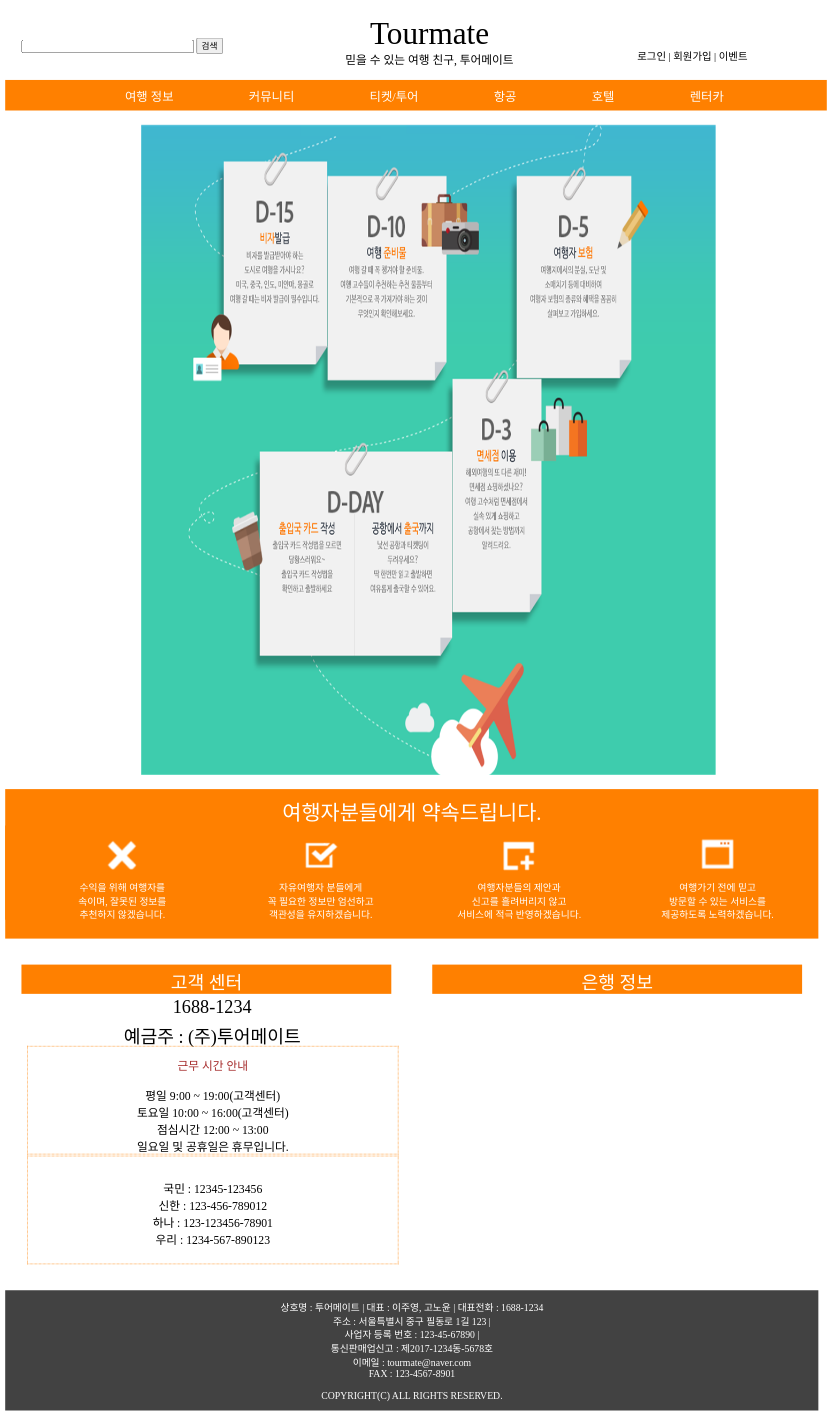
Repository: nohyoonko/2017-2-WP-Tourmate
Page: http://localhost/Tourmate/여행_준비.jsp
These files come from the project's save history. The page is drawn as it stood at one moment and after the next save; the edit follows.
The browser window is 1280 px wide. The pictures show the whole page, at 65% of full size.
Some web libraries are served in a nearby version. The page is served by Tomcat 9. Other server files are loaded and not shown.

Above is the page before, as saved 2017-12-06 05:38:40.

### eclipse-workspace/Tourmate/WebContent/여행_준비.jsp
<%@ page contentType="text/html; charset=UTF-8" pageEncoding="UTF-8"%>
<!DOCTYPE html>
<html lang="ko">
	<head>
		<meta http-equiv="Content-Type" content="text/html; charset=UTF-8" />
		<title>투어메이트</title>
		<script src="http://code.jquery.com/jquery-1.10.1.js"></script>
		<style>
		#box {
			width:70%;
			height:1000px;
			margin-left:3%;
		}
		</style>
	</head>
	<body>
		<!-- 제목+메뉴바를 포함한 Header.jsp 파일을 include -->
 		<jsp:include page="Header.jsp" flush="false"/>
		<br><br>
			<center>
			<img id="box" src="1_ready/여행_준비.png">
			</center>
		<br>
		<!-- 회사 정보와 약속을 포함한 Footer.jsp 파일을 include -->
		<jsp:include page="Footer.jsp" flush="false"/>
	</body>
</html>

### eclipse-workspace/Tourmate/WebContent/Header.jsp
<%@ page language="java" contentType="text/html; charset=UTF-8"
    pageEncoding="UTF-8"%>
<!DOCTYPE html PUBLIC "-//W3C//DTD HTML 4.01 Transitional//EN" "http://www.w3.org/TR/html4/loose.dtd">
<html>
<head>
	<meta http-equiv="Content-Type" content="text/html; charset=UTF-8">
	<title>투어메이트</title>
    <style>
        div { font-family: "함초롬돋움"; }

        div.header1 {
            width: 30%;
            float: left;
            margin-left: 25px;
            margin-top: 50px;
        }

        div.header2 {
            width: 33%;
            height: 60px;
            float: left;
            margin-left: 40px;
            margin-top: 15px;
            color: black;
        }

      	div.header2 > a {
        	color:black; text-decoration:none;
      	}

        div.header3 {
            width: 31%;
            height: 50px;
            float: left;
            margin-right: 10px;
            margin-top: 65px;
        }

        .menubar {
 			background: #FF8000;
 			display: inline-block;
  			width: 100%;
		}
		.main { margin: 0; padding: 0; font-size: 19px; }
		.main li {
			padding:0% 3% 0% 3%;
  			float: left;
  			list-style:none;
  			position: relative;
		}
		.main li:first-child { margin-left: 10%; }
		.main li:hover { background: #984807; }
		.main a {
  			color: white;
  			display: block;
  			padding: 10px 20px;
  			text-decoration: none;
		}
		.main ul {
  			background: white;
  			display: none;
  			padding: 0;
  			position: absolute;
  			left: 0;
  			top: 100%;
  			z-index: 2;
  			width: 210px;
		}
		.main ul li { float: none; margin-left: 10%; }
		.main ul a { color: #984807; }
		.main ul li:hover { background: white; }
		.main ul li:hover>a { color: #FF8000; }
	</style>
</head>
<body>
    <div class="header1">
        <input type="text" size=30>
        <input type="submit" value="검색">
    </div>
    <a href="투어메이트.html">
    <div class="header2">
        <center>
            <font face="HYHeadLine" size="7">Tourmate</font><br>
            <font face="함초롬돋움" size="4">믿을 수 있는 여행 친구, 투어메이트</font>
        </center>
    </div>
    </a>
    <div class="header3">
        <center>
            <font size="3">로그인 | 회원가입 | 이벤트</font>
        </center>
    </div>

    <!--상단 메뉴바와 하위 메뉴-->
    <script src="//code.jquery.com/jquery.min.js"></script>
	<script>
	$(function(){
  		$(".main li").hover(function(){
    		$('ul:first',this).show();
  		}, function(){
    		$('ul:first',this).hide();
  		});
	});
	</script>

        <div class="menubar">
        <ul class="main">
            <li>
                 <a href="#">여행 정보</a>
                 <ul>
                  <li><a href="인기_여행_도시.jsp">인기 여행 도시</a></li>
                  <li><a href="여행_준비.jsp">여행 준비</a></li>
               </ul>
            </li>

            <li>
                <a href="#">커뮤니티</a>
                <ul>
                    <li><a href="여행_후기.jsp">여행 후기</a></li>
                </ul>
            </li>

            <li>
                <a href="#">티켓/투어</a>
                <ul>
                    <li><a href="티켓투어_한국.jsp">한국</a></li>
                    <li><a href="티켓투어_홍콩.jsp">홍콩</a></li>
                    <li><a href="티켓투어_일본.jsp">일본</a></li>
                    <li><a href="티켓투어_싱가포르.jsp">싱가포르</a></li>
                    <li><a href="티켓투어_대만.jsp">대만</a></li>
                </ul>
            </li>

            <li><a href="항공.jsp">항공</a></li>
            <li><a href="호텔.jsp">호텔</a></li>
            <li><a href="렌터카.jsp">렌터카</a></li>
        </ul>
    </div>
</body>
</html>

### eclipse-workspace/Tourmate/WebContent/Footer.jsp
<%@ page language="java" contentType="text/html; charset=UTF-8"
    pageEncoding="UTF-8"%>
<!DOCTYPE html PUBLIC "-//W3C//DTD HTML 4.01 Transitional//EN" "http://www.w3.org/TR/html4/loose.dtd">
<html>
<head>
	<meta http-equiv="Content-Type" content="text/html; charset=UTF-8">
	<title>투어메이트</title>
    <style>
        div { font-family: "함초롬돋움"; }

       div.footer{
         width:99%;
         height:220px;
         float:left;
         background-color:#FF8000;
         color:white;
         text-align:center;
         padding-top:10px;
      }
      div.promise{
         width:20%;
         float:left;
         height:140px;
         background-color:#FF8000;
         color:white;
         font-size:15px;
         text-align:center;
         padding-top:5px;
         padding-left:55px;
      }
      div.footer2{
         width:45%;
         height:40px;
         float:left;
         font-size:28px;
         background-color:#FF8000;
         color:white;
         text-align:center;
         padding-top:5px;
         margin-left:2%;
         margin-right:3%;
         margin-top:40px;
      }
      div.footer3{
         width:45%;
         height:35px;
         float:left;
         font-size:28px;
         text-align:center;
         padding-top:4px;
         margin-left:34px;
         margin-right:34px;
      }
      div.footer4{
         width:45%;
         height:150px;
         float:left;
         font-size:18px;
         text-align:center;
         padding-top:15px;
         margin-top:2px;
         margin-left:34px;
         margin-right:34px;
         border-width: 1px;
         border-style : dotted;
         border-color : #FF8000;
      }
      div.footer5{
         width:99%;
         height:170px;
         font-size:15px;
         background-color:#424242;
         color:white;
         float:left;
         text-align:center;
         padding-top:15px;
         margin-top:40px;
      }
       #fo {width:60px; height:60px; padding:10px 70px 5px 70px;}
	</style>
</head>
<body>
       <div class="footer">
         <font size="6">여행자분들에게 약속드립니다.</font><br>
         <div class="promise">
            <img id="fo" src="main/footer 그림1.png"><br>
            수익을 위해 여행자를<br>
            속이며, 잘못된 정보를<br>
            추천하지 않겠습니다.
         </div>
         <div class="promise">
            <img id="fo" src="main/footer 그림2.png"><br>
            자유여행자 분들에게<br>
            꼭 필요한 정보만 엄선하고<br>
            객관성을 유지하겠습니다.
         </div>
         <div class="promise">
            <img id="fo" src="main/footer 그림3.png"><br>
            여행자분들의 제안과<br>
            신고를 흘려버리지 않고<br>
            서비스에 적극 반영하겠습니다.
         </div>
         <div class="promise">
            <img id="fo" src="main/footer 그림4.png"><br>
            여행가기 전에 믿고<br>
            방문할 수 있는 서비스를<br>
            제공하도록 노력하겠습니다.
         </div>
      </div>
      <br>
      <div class="footer2">고객 센터</div>
      <div class="footer2">은행 정보</div>
      <br>
      <div class="footer3">1688-1234</div>
      <div class="footer3">예금주 : (주)투어메이트</div>
      <br>
      <div class="footer4">
         <font color="brown" size="4">근무 시간 안내</font><br><br>
         평일 9:00 ~ 19:00(고객센터)<br>
         토요일 10:00 ~ 16:00(고객센터)<br>
         점심시간 12:00 ~ 13:00<br>
         일요일 및 공휴일은 휴무입니다.<br>
      </div>
      <div class="footer4"><br>
         국민 : 12345-123456<br>
         신한 : 123-456-789012<br>
         하나 : 123-123456-78901<br>
         우리 : 1234-567-890123<br>
      </div>
      <div class="footer5">
         상호명 : 투어메이트 | 대표 : 이주영, 고노윤 | 대표전화 : 1688-1234<br>
         주소 : 서울특별시 중구 필동로 1길 123 | <br>
         사업자 등록 번호 : 123-45-67890 |<br>
         통신판매업신고 : 제2017-1234동-5678호<br>
         이메일 : tourmate@naver.com<br>
         FAX : 123-4567-8901<br><br>
         COPYRIGHT(C) ALL RIGHTS RESERVED.<br>
      </div>
</body>
</html>

After the next save:
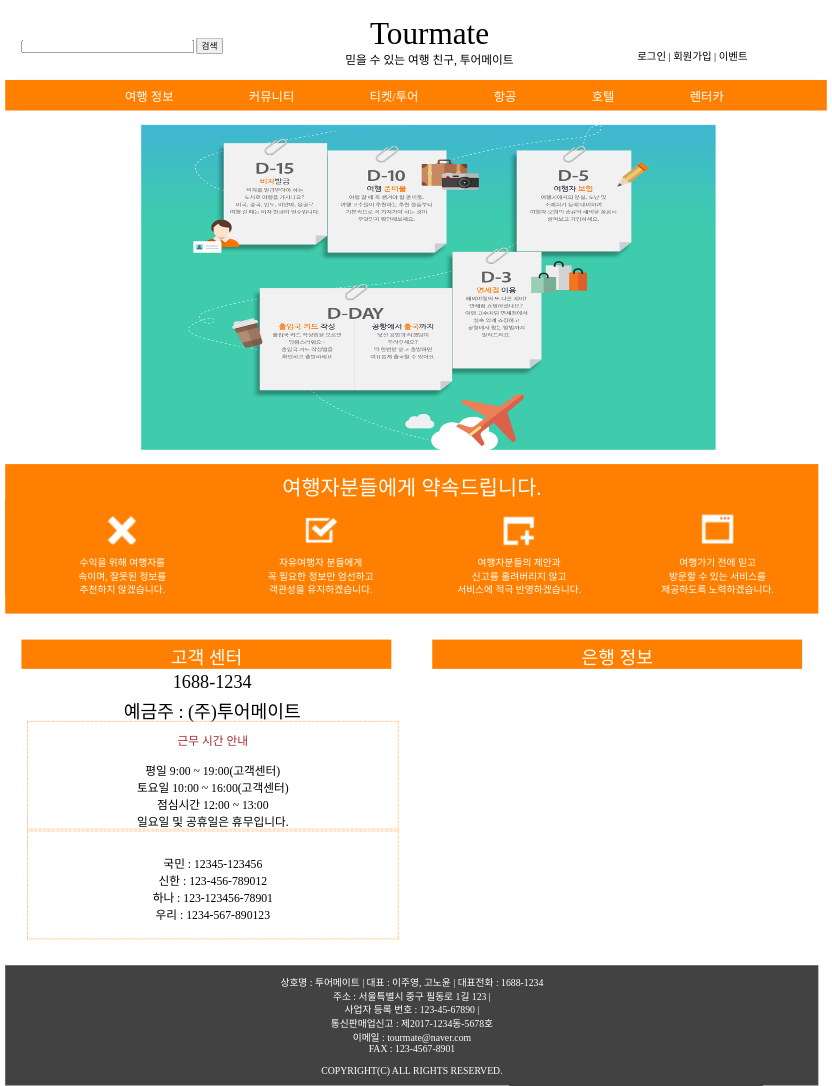
Saved 19 s later.
--- a/eclipse-workspace/Tourmate/WebContent/여행_준비.jsp
+++ b/eclipse-workspace/Tourmate/WebContent/여행_준비.jsp
@@ -8,7 +8,7 @@
 		<style>
 		#box {
 			width:70%;
-			height:1000px;
+			height:500px;
 			margin-left:3%;
 		}
 		</style>
